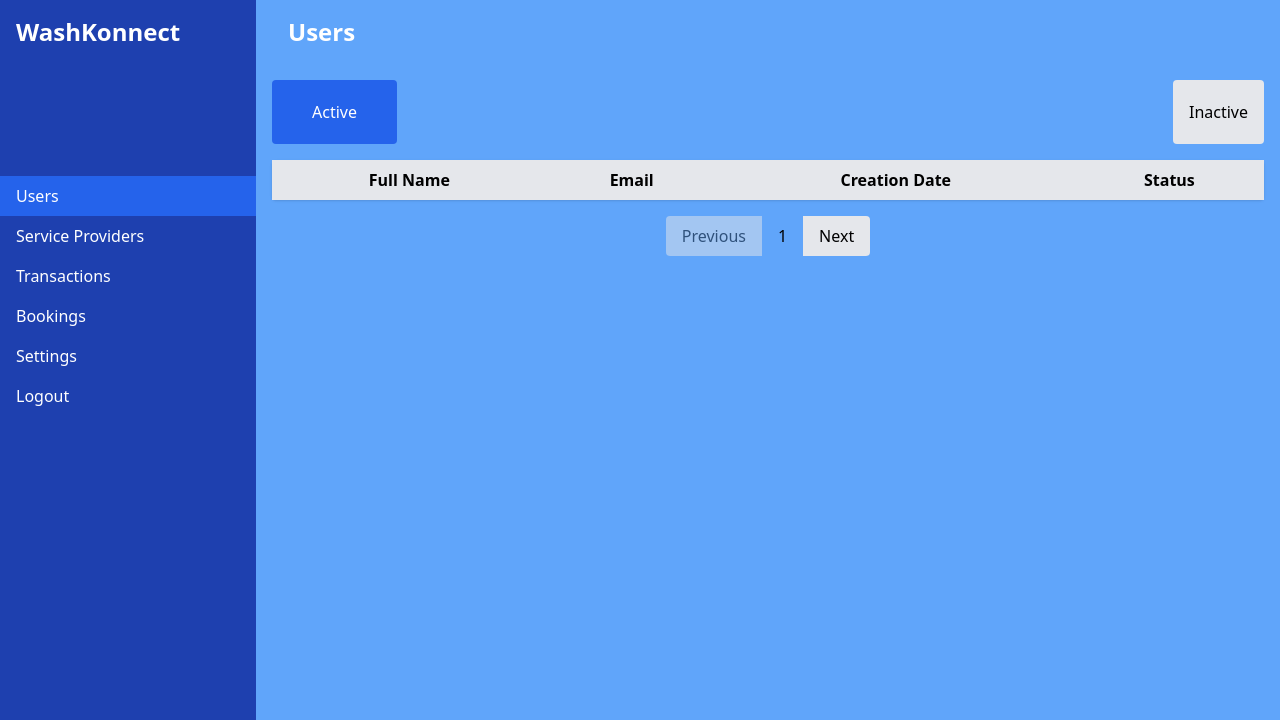
Repository: TEKVOLUTION-LTD/Admin-washKonnect
Page: /dashboard/users (app in Admin-WashKonnect/)
These files come from the project's save history. The page is drawn as it stood at one moment and after the next save; the edit follows.
The browser window is 1280 px wide. The pictures show the whole page.
The page's requests for data from a server got no answer. The project was rebuilt for these pictures with package versions that can differ from the ones it lists, and the page was loaded fresh each time. No one was signed in, and anything a server would have sent is missing. Also part of the build but not shown: Admin-WashKonnect/vite.config.js, Admin-WashKonnect/src/pages/LoginPage.jsx, Admin-WashKonnect/src/pages/ServiceProviderPage.jsx, Admin-WashKonnect/src/pages/TransactionsPage.jsx, Admin-WashKonnect/src/pages/BookingsPage.jsx, Admin-WashKonnect/src/pages/SettingsPage.jsx, Admin-WashKonnect/src/pages/LogoutPage.jsx.

Above is the page before, as saved 2024-11-19 22:51:36.

### Admin-WashKonnect/src/App.jsx
import { BrowserRouter as Router, Route, Routes } from "react-router-dom";
import LoginPage from "./pages/LoginPage";
import Dashboard from "./pages/Dashboard";

function App() {
  return (
    <Router>
      <Routes>
        <Route path="/" element={<LoginPage />} />
        <Route path="/dashboard/*" element={<Dashboard />} />
      </Routes>
    </Router>
  );
}

export default App;

### Admin-WashKonnect/src/pages/Dashboard.jsx
import { Route, Routes } from "react-router-dom";
import Sidebar from "../components/Sidebar";
import UserPage from "../components/UsersPage";
import ServiceProviderPage from "./ServiceProviderPage";
import TransactionPage from "./TransactionsPage";
import BookingsPage from "./BookingsPage";
import SettingsPage from "./SettingsPage";
import LogoutPage from "./LogoutPage";

const Dashboard = () => {
  return (
    <div className="flex h-screen">
      <Sidebar />
      <div className="flex-1 bg-blue-400 p-4 overflow-auto ">
        <Routes>
          <Route path="users" element={<UserPage  />} />
          <Route path="service-providers" element={<ServiceProviderPage />} />
          <Route path="transactions" element={<TransactionPage />} />
          <Route path="bookings" element={<BookingsPage />} />
          <Route path="settings" element={<SettingsPage />} />
          <Route path="logout" element={<LogoutPage />} />
        </Routes>
      </div>
    </div>
  );
};

export default Dashboard;

### Admin-WashKonnect/src/api/api.js
import axios from "axios";

const API = axios.create({
  baseURL: "http://localhost:5000/api", // Change this to match your backend URL
});

export default API;

### Admin-WashKonnect/src/components/Sidebar.jsx
import { NavLink } from "react-router-dom";

const Sidebar = () => {
  return (
    <div className="w-64 bg-blue-800 text-white h-full flex flex-col">
      <div className="p-4 text-2xl font-bold">WashKonnect</div>
      <nav className="flex-1 mt-[7rem]">
        {[
          { name: "Users", path: "users" },
          { name: "Service Providers", path: "service-providers" },
          { name: "Transactions", path: "transactions" },
          { name: "Bookings", path: "bookings" },
          { name: "Settings", path: "settings" },
          { name: "Logout", path: "logout" },
        ].map((link) => (
          <NavLink
            key={link.name}
            to={`/dashboard/${link.path}`}
            className={({ isActive }) =>
              `block px-4 py-2 hover:bg-blue-700 ${
                isActive ? "bg-blue-600" : ""
              }`
            }
          >
            {link.name}
          </NavLink>
        ))}
      </nav>
    </div>
  );
};

export default Sidebar;

### Admin-WashKonnect/src/components/UsersPage.jsx
import { useState, useEffect } from "react";
import API from "../api/api";
import Pagination from "./Pagination";

const UserPage = () => {
  const [users, setUsers] = useState([]);
  const [filter, setFilter] = useState("active");
  const [currentPage, setCurrentPage] = useState(1);
  const usersPerPage = 10;

  useEffect(() => {
    const fetchUsers = async () => {
      try {
        const response = await API.get(`/users?status=${filter}`);
        setUsers(response.data);
      } catch (error) {
        console.error("Failed to fetch users", error);
      }
    };
    fetchUsers();
  }, [filter]);

  const startIndex = (currentPage - 1) * usersPerPage;
  const displayedUsers = users.slice(startIndex, startIndex + usersPerPage);

  return (
    <div>
        <h1 className="ml-4 text-white font-bold text-2xl">Users</h1>
      <div className="flex justify-between mb-4 mt-[2rem]">

        <button
          onClick={() => setFilter("active")}
          className={`px-10 py-5 rounded ${
            filter === "active" ? "bg-blue-600 text-white" : "bg-gray-200"
          }`}
        >
          Active
        </button>
        <button
          onClick={() => setFilter("inactive")}
          className={`px-4 py-2 rounded ${
            filter === "inactive" ? "bg-blue-600 text-white" : "bg-gray-200"
          }`}
        >
          Inactive
        </button>
      </div>
      <table className="w-full bg-white rounded shadow">
        <thead>
          <tr className="bg-gray-200">
            <th className="p-2">Full Name</th>
            <th className="p-2">Email</th>
            <th className="p-2">Creation Date</th>
            <th className="p-2">Status</th>
          </tr>
        </thead>
        <tbody>
          {displayedUsers.map((user) => (
            <tr key={user.id} className="text-center border-t">
              <td className="p-2">{user.fullname}</td>
              <td className="p-2">{user.email}</td>
              <td className="p-2">{user.creationDate}</td>
              <td className="p-2">{user.status}</td>
            </tr>
          ))}
        </tbody>
      </table>
      <Pagination
        totalItems={users.length}
        itemsPerPage={usersPerPage}
        currentPage={currentPage}
        onPageChange={(page) => setCurrentPage(page)}
      />
    </div>
  );
};

export default UserPage;

### Admin-WashKonnect/src/components/Pagination.jsx
const Pagination = ({ totalItems, itemsPerPage, currentPage, onPageChange }) => {
    const totalPages = Math.ceil(totalItems / itemsPerPage);

    return (
      <div className="flex justify-center mt-4">
        <button
          onClick={() => onPageChange(currentPage - 1)}
          disabled={currentPage === 1}
          className="px-4 py-2 bg-gray-200 rounded-l disabled:opacity-50"
        >
          Previous
        </button>
        <span className="px-4 py-2">{currentPage}</span>
        <button
          onClick={() => onPageChange(currentPage + 1)}
          disabled={currentPage === totalPages}
          className="px-4 py-2 bg-gray-200 rounded-r disabled:opacity-50"
        >
          Next
        </button>
      </div>
    );
  };

  export default Pagination;

Loaded but not shown: Admin-WashKonnect/index.html (common file); Admin-WashKonnect/src/main.jsx (common file); Admin-WashKonnect/src/index.css (common file); Admin-WashKonnect/tailwind.config.js (common file)

After the next save:
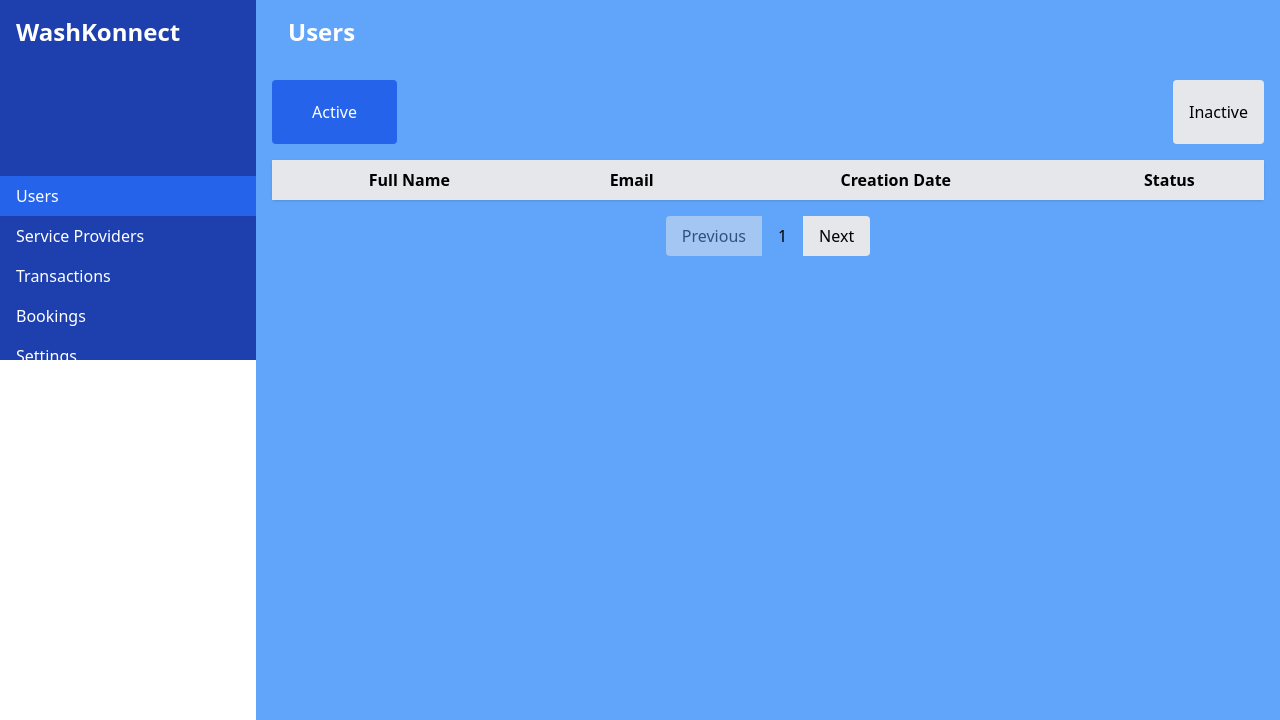
Saved 32 s later.
--- a/Admin-WashKonnect/src/components/Sidebar.jsx
+++ b/Admin-WashKonnect/src/components/Sidebar.jsx
@@ -2,7 +2,7 @@
 
 const Sidebar = () => {
   return (
-    <div className="w-64 bg-blue-800 text-white h-full flex flex-col">
+    <div className="w-64 bg-blue-800 text-white h-1/2 flex flex-col">
       <div className="p-4 text-2xl font-bold">WashKonnect</div>
       <nav className="flex-1 mt-[7rem]">
         {[

After the save that followed:
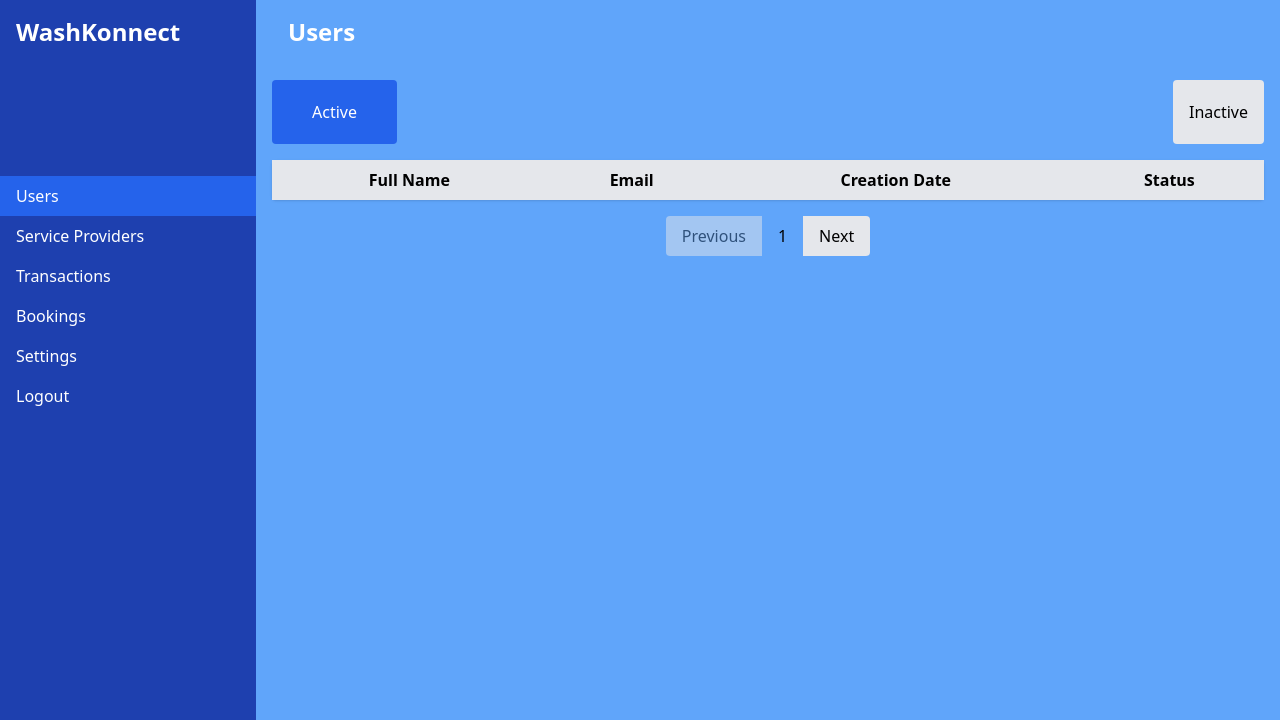
Saved 29 s later.
--- a/Admin-WashKonnect/src/components/Sidebar.jsx
+++ b/Admin-WashKonnect/src/components/Sidebar.jsx
@@ -2,7 +2,7 @@
 
 const Sidebar = () => {
   return (
-    <div className="w-64 bg-blue-800 text-white h-1/2 flex flex-col">
+    <div className="w-64 bg-blue-800 text-white h-full flex flex-col">
       <div className="p-4 text-2xl font-bold">WashKonnect</div>
       <nav className="flex-1 mt-[7rem]">
         {[
